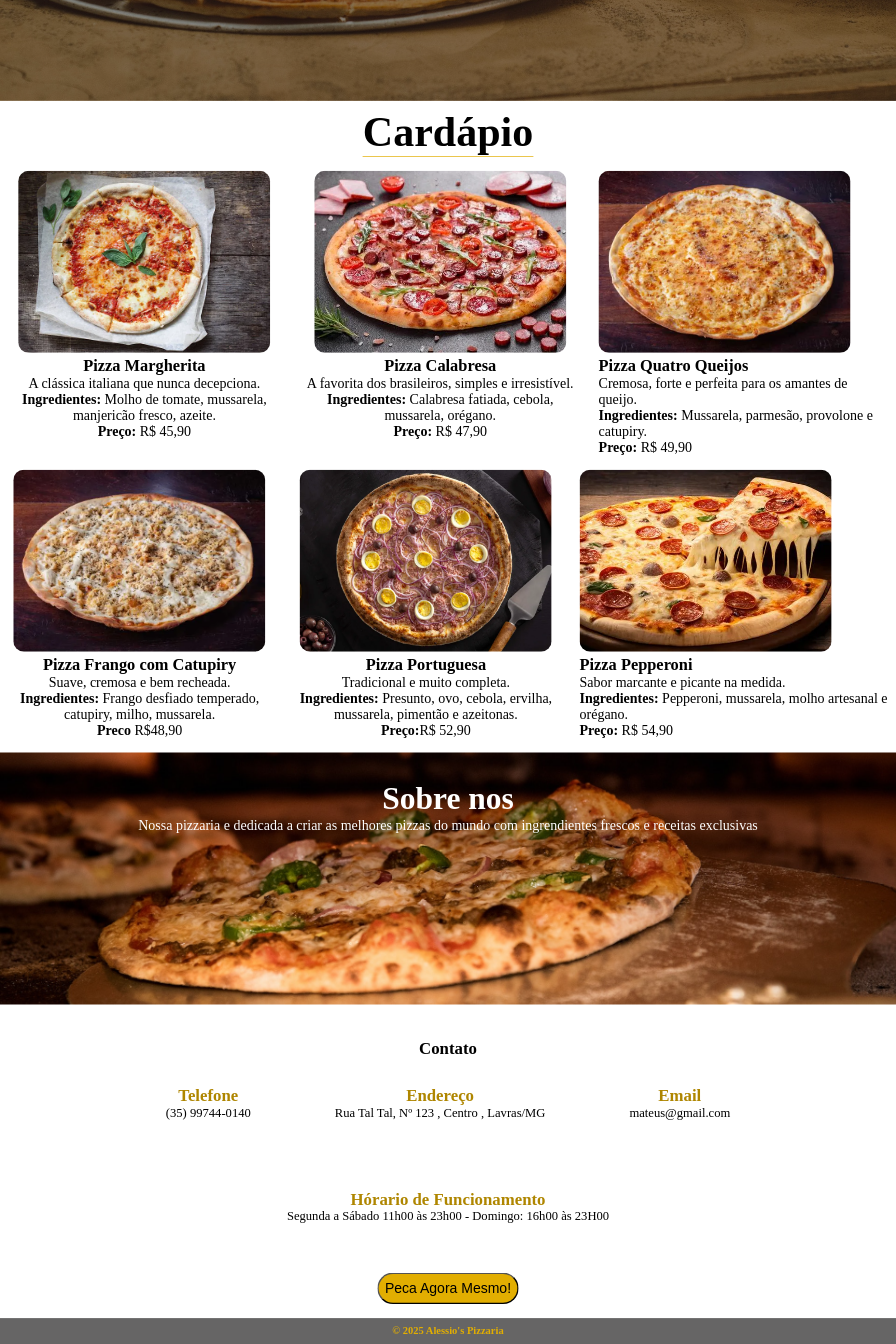
Repository: Mateushlp/landing-page-pizza
Page: index.html
An editor plug-in stored every save of this project. The page is shown before and after the next save, followed by the edit.
The browser window is 1280 px wide. The pictures show the part of the page from y = 840 to 2760 px (the page is 2760 px tall), at 70% of full size.

Above is the page before, as saved 2026-05-03 10:38:25.

After the next save:
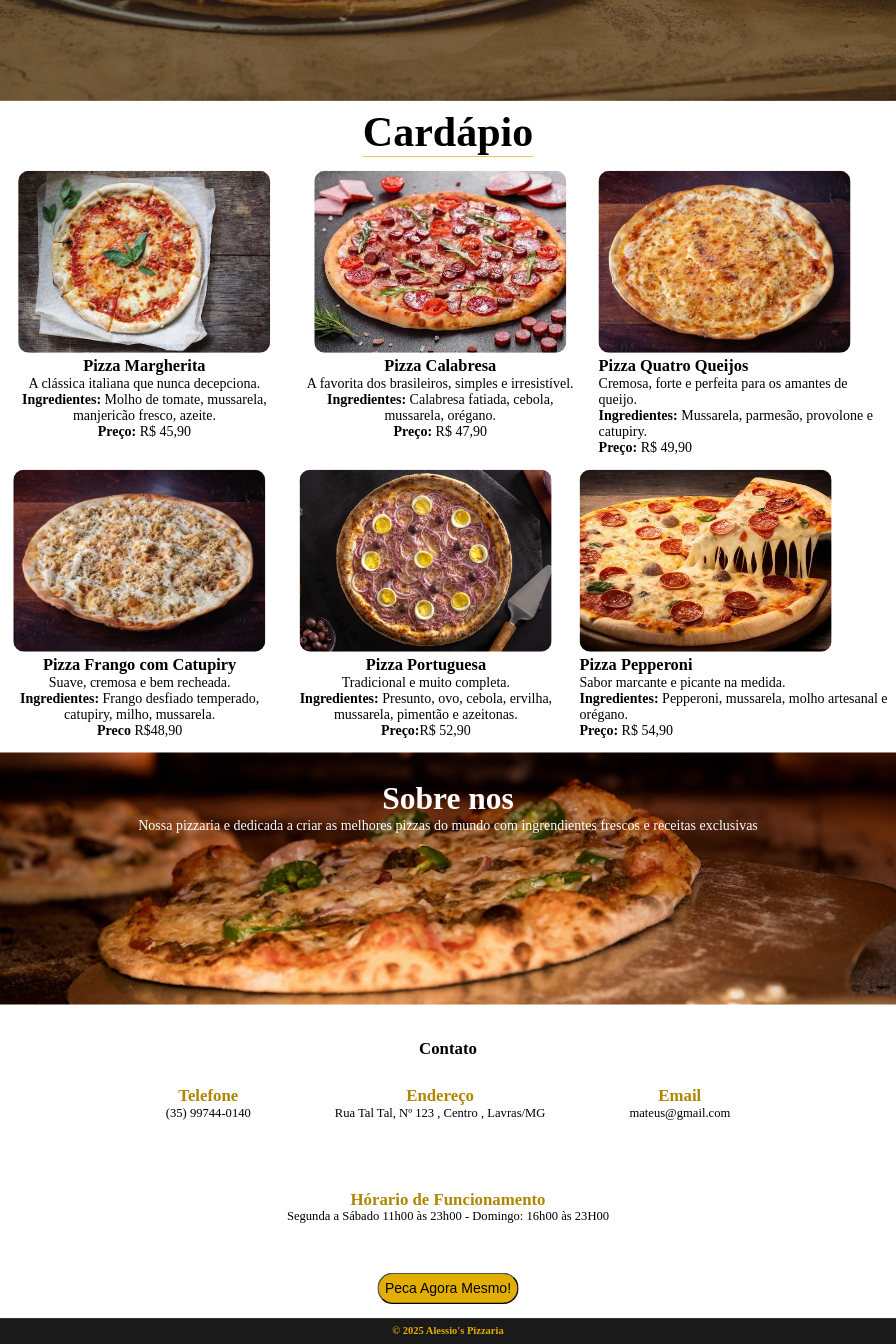
Saved 37 s later.
--- a/style.css
+++ b/style.css
@@ -160,7 +160,8 @@ nav ul a:hover{
 
 }
 footer{
-  background-color: rgba(58, 56, 56, 0.774);
+  background-color: #1a1a1a;
+color: #d4af37; /* dourado */
   text-align: center;
   color: #e2ae01;
   padding: 10px;
